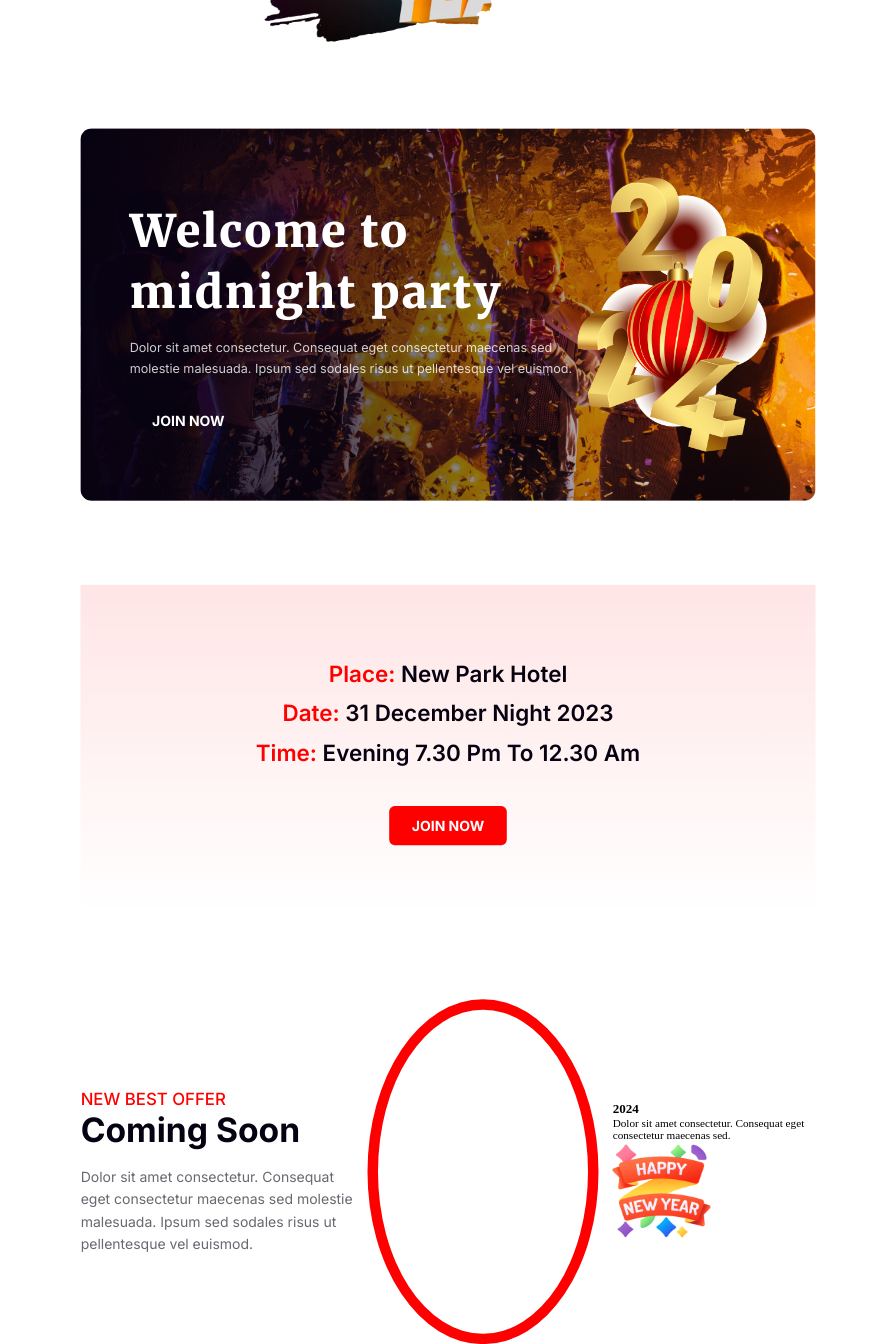
Repository: rahmatahmedrifat/First-Assignment
Page: index.html
These files come from the project's save history. The page is drawn as it stood at one moment and after the next save; the edit follows.
The browser window is 1280 px wide. The pictures show the part of the page from y = 1479 to 3399 px (the page is 3399 px tall), at 70% of full size.

Above is the page before, as saved 2024-01-08 15:15:15.

### index.html
<!DOCTYPE html>
<html lang="en">
<head>
    <meta charset="UTF-8">
    <meta name="viewport" content="width=device-width, initial-scale=1.0">
    <!-- Title  -->
    <title>New Year 2024</title>
    <!-- favicon icon linked -->
    <link rel="shortcut icon" href="images/New Year Photo.png" type="image/x-icon">
    <!-- style css linked-->
    <link rel="stylesheet" href="Style/style.css">
</head>
<body>
    <!-- header part  -->
    <header>
        <!-- banner section part -->
        <section id="banner">
            <div class="container">
                <div class="banner-container">
                    <div class="banner-content">
                        <h3 class="celebration">Happy New Year</h3>
                        <h2 class="banner-title">New Year Party Celebration</h2>
                    </div>
                </div>
            </div>
        </section>
    </header>
    <!-- main part -->
    <main>
        <!-- categories section part  -->
            <section id="categories">
                <div class="container">
                    <div class="categories-container">
                        <h2 class="categories-discount">65% OFF</h2>
                        <p class="primary-summery">OUR HOLIDAY DEALS ARE BETTER</p>
                        <h3 class="categories-title">ALL CATEGORIES</h3>
                        <div class="categories-img">
                            <img id="new-year-img" src="images/New Year Photo.png" alt="Happy New Year">
                        </div>
                    </div>
                </div>
            </section>

            <!-- party-banner section part -->
            <section id="party-banner">
                <div class="container">
                    <div class="party-container">
                        <div class="party-content">
                            <h2 class="party-title">Welcome to midnight party</h2>
                            <p class="party-description">Dolor sit amet consectetur. Consequat eget consectetur maecenas sed molestie malesuada. Ipsum sed sodales risus ut pellentesque vel euismod. </p>
                            <button id="join-now-btn">JOIN NOW</button>
                        </div>
                        <img class="party-img" src="images/icon/Group 70.png" alt="party-img">
                    </div>
                </div>
            </section>
            <!-- Announce section part -->
            <section id="announce">
                <div class="container">
                    <div class="announce-content">
                        <h4 class="announce-title"><span class="title-color">Place:</span> New Park Hotel</h4>
                        <h4 class="announce-title"><span class="title-color">Date:</span> 31 December Night 2023</h4>
                        <h4 class="announce-title"><span class="title-color">Time:</span> Evening 7.30 pm to 12.30 am</h4>
                        <button class="announce-btn">Join Now</button>
                    </div>
                </div>
            </section>
            <!-- best offer section part -->
            <section id="best-offer">
                <div class="container">
                    <div class="best-offer-container">
                        <div class="best-offer-content">
                            <p class="primary-summery">NEW BEST OFFER</p>
                            <h3 class="best-offer-title">Coming Soon</h3>
                            <p class="best-offer-description">Dolor sit amet consectetur. Consequat eget consectetur maecenas sed molestie malesuada. Ipsum sed sodales risus ut pellentesque vel euismod. </p>
                        </div>
                        <div class="best-offer-img-content">
                            <!-- /<img class="best-offer-img" src="images/Ellipse 1.png" alt="best-offer-images"> -->
                        </div>
                        <div class="best-offer-year-content">
                            <h3 class="best-offer-year">2024</h3>
                            <p class="best-offer-escription">Dolor sit amet consectetur. Consequat eget consectetur maecenas sed.</p>
                            <img class="best-offer-year-img" src="images/icon/Group 96.png" alt="best-offer-year-img">
                        </div>
                    </div>
                </div>
            </section>
    </main>
    <!--  footer part -->
    <footer></footer>
</body>
</html>

### Style/style.css
/* import google fonts */
@import url('https://fonts.googleapis.com/css2?family=Inter:wght@100;200;300;400;500;600;700;800;900&family=Merriweather:ital,wght@0,300;0,400;0,700;0,900;1,300;1,400;1,700;1,900&display=swap');

*{
    margin: 0;
    padding: 0;
    outline: 0;
}

.container{
    width: 82%;
    margin: 0 auto;
}
/* primary content */
.primary-summery{
    font-family: Inter;
    font-size: 24px;
    font-style: normal;
    font-weight: 500;
    color: #F00;
    line-height: normal;
}
/* banner section related css style */
#banner{
    margin-top: 30px;
}
.banner-container{
    background-image: linear-gradient(180deg, #070211 0%, rgba(7, 2, 17, 0.00) 100%), url(../images/Banner\ Image.png);
    background-size: cover;
    background-repeat: no-repeat;
    background-position: center;
    border-radius: 16px;
    padding: 177px 0px;
}
.banner-container .banner-content{
    width: 632px;
    margin: 0 auto;
}
.banner-container .banner-content .celebration{
    color: #FFF;
    text-align: center;
    font-family: Merriweather;
    font-size: 32px;
    font-style: normal;
    font-weight: 400;
    line-height: normal;
    margin-bottom: 16px;
    z-index: 99;
}
.banner-container .banner-content .banner-title{
    color: #FFF;
    text-align: center;
    font-family: Merriweather;
    font-size: 72px;
    font-style: normal;
    font-weight: 900;
    line-height: 95px;
}
/* categories section related css style */

#categories{
    margin: 120px 0px;
}
.categories-container{
    text-align: center;
}
.categories-container .categories-discount{
    font-family: Inter;
    font-size: 88px;
    font-style: normal;
    font-weight: 700;
    color: #F00;
    line-height: normal;
    margin-bottom: 48px;
}

.categories-title{
    font-family: Inter;
    font-size: 48px;
    font-style: normal;
    font-weight: 700;
    color: #070211;
    line-height: normal;
    margin-bottom: 48px;
}
.categories-container .categories-img{
    width: 800px;
    margin: 0 auto;
}
.categories-img #new-year-img{
    max-width: 100%;
}

/* party-banner section css style  */
#party-banner{

}
.party-container{
    background-image: linear-gradient(90deg, #070211 0%, rgba(7, 2, 17, 0.00) 100%), url(../images/Vectorrr.png);
    background-position: center;
    background-repeat: no-repeat;
    background-size: cover;
    display: flex;
    align-items: center;
    justify-content: space-between;
    border-radius: 16px;
    padding: 70px 70px;
}
.party-container .party-content{
    width: 900px;
}
.party-content .party-title{
    font-family: Merriweather;
    font-size: 64px;
    font-style: normal;
    font-weight: 900;
    color: #FFF;
    line-height: 88px;
    letter-spacing: 3px;
}
.party-content .party-description{
    font-family: Inter;
    font-size: 18px;
    font-style: normal;
    font-weight: 400;
    color: rgba(255, 255, 255, 0.80);
    line-height: 30px;
    margin-top: 20px;
}
#join-now-btn{
    font-family: Inter;
    font-size: 20px;
    font-style: normal;
    font-weight: 700;
    color: #FFF;
    background: transparent;
    line-height: normal;
    text-transform: uppercase;
    border: none;
    cursor: pointer;
    margin-top: 48px;
    margin-left: 32px;
}
.party-container .party-img{
    width: 270px;
    max-width: 100%;
}

/* Announce section css style */

#announce{
    margin: 120px 0px;
}
.announce-content{
    background: linear-gradient(180deg, rgba(255, 0, 0, 0.10) 0%, rgba(255, 0, 0, 0.00) 100%);
    padding: 100px 0;
    text-align: center;
}
.announce-content .announce-title{
    color: #070211;
    font-family: Inter;
    font-size: 32px;
    font-style: normal;
    font-weight: 600;
    line-height: 56px;
    text-transform: capitalize;
}
.announce-content .announce-title .title-color{
    color: #F00;
}
.announce-btn{
    font-family: Inter;
    font-size: 20px;
    font-style: normal;
    font-weight: 700;
    line-height: normal;
    color: #FFF;
    text-align: center;
    text-transform: uppercase;
    border-radius: 8px;
    background: #F00;
    padding: 16px 32px;
    border: none;
    cursor: pointer;
    transition: all ease 0.5s;
    margin-top: 48px;
}
.announce-btn:hover{
    background: #fff;
    color: #f00;
    outline: 1px solid #F00;
}
/* best-offer section style css */

.best-offer-title{
    font-family: Inter;
    font-size: 48px;
    font-style: normal;
    font-weight: 700;
    color: #070211;
    line-height: normal;
}
.best-offer-description{
    font-family: Inter;
    font-size: 20px;
    font-style: normal;
    font-weight: 400;
    color: rgba(7, 2, 17, 0.60);
    line-height: 32px;
    margin-top: 22px;
}
.best-offer-container{
    display: flex;
    align-items: center;
    gap: 20px;
}
.best-offer-content{
    width: 600px;
}
.best-offer-img-content{
    height: 463px;
    width: 463px;
    border-radius: 50%;
    border: 15px solid #F00;

}
/* .best-offer-img-content .best-offer-img{
    width: 263px;
} */
.best-offer-year{
    width: ;
}

After the next save:
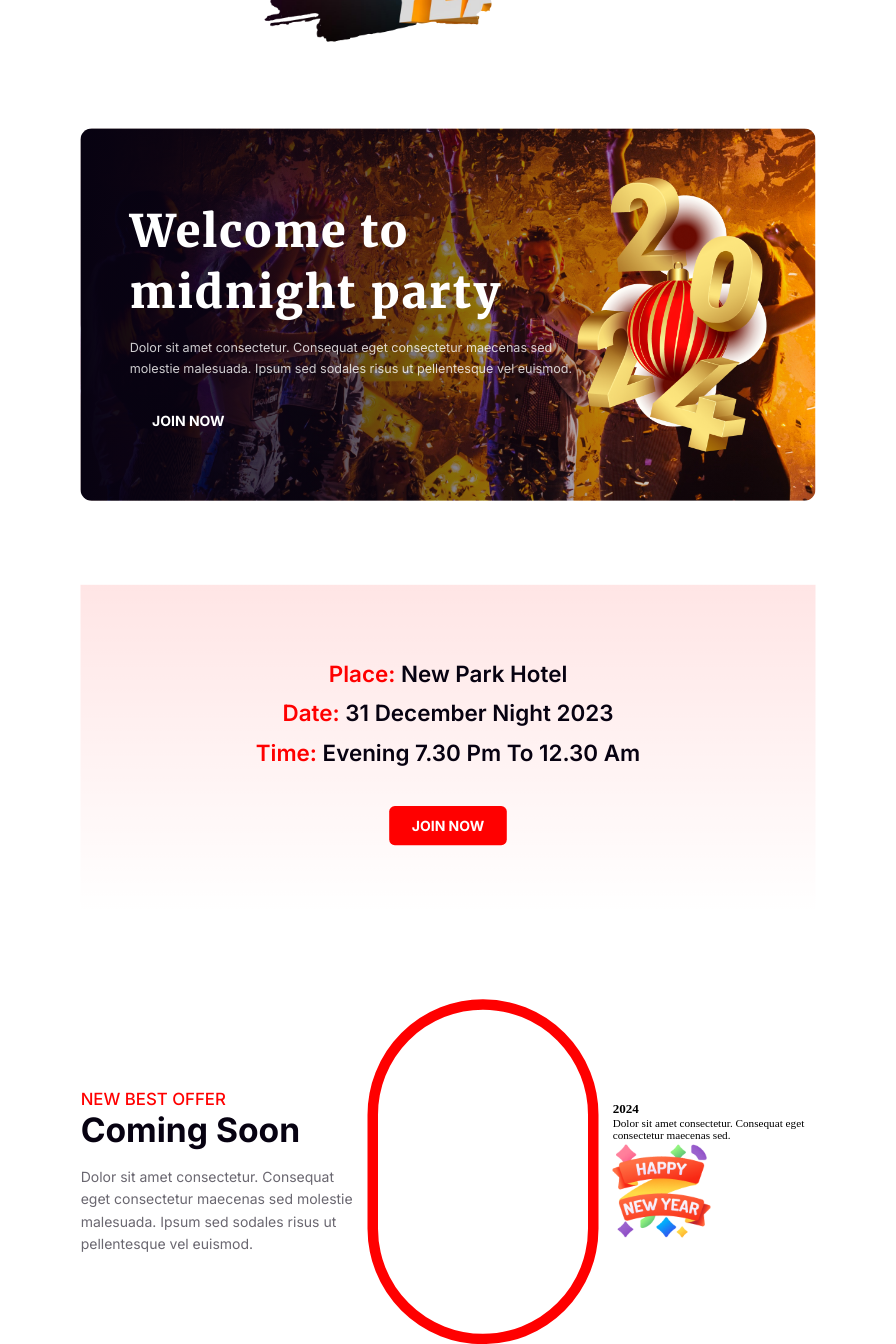
Saved 27 s later.
--- a/Style/style.css
+++ b/Style/style.css
@@ -220,7 +220,7 @@
 .best-offer-img-content{
     height: 463px;
     width: 463px;
-    border-radius: 50%;
+    border-radius: 463px;
     border: 15px solid #F00;
 
 }
